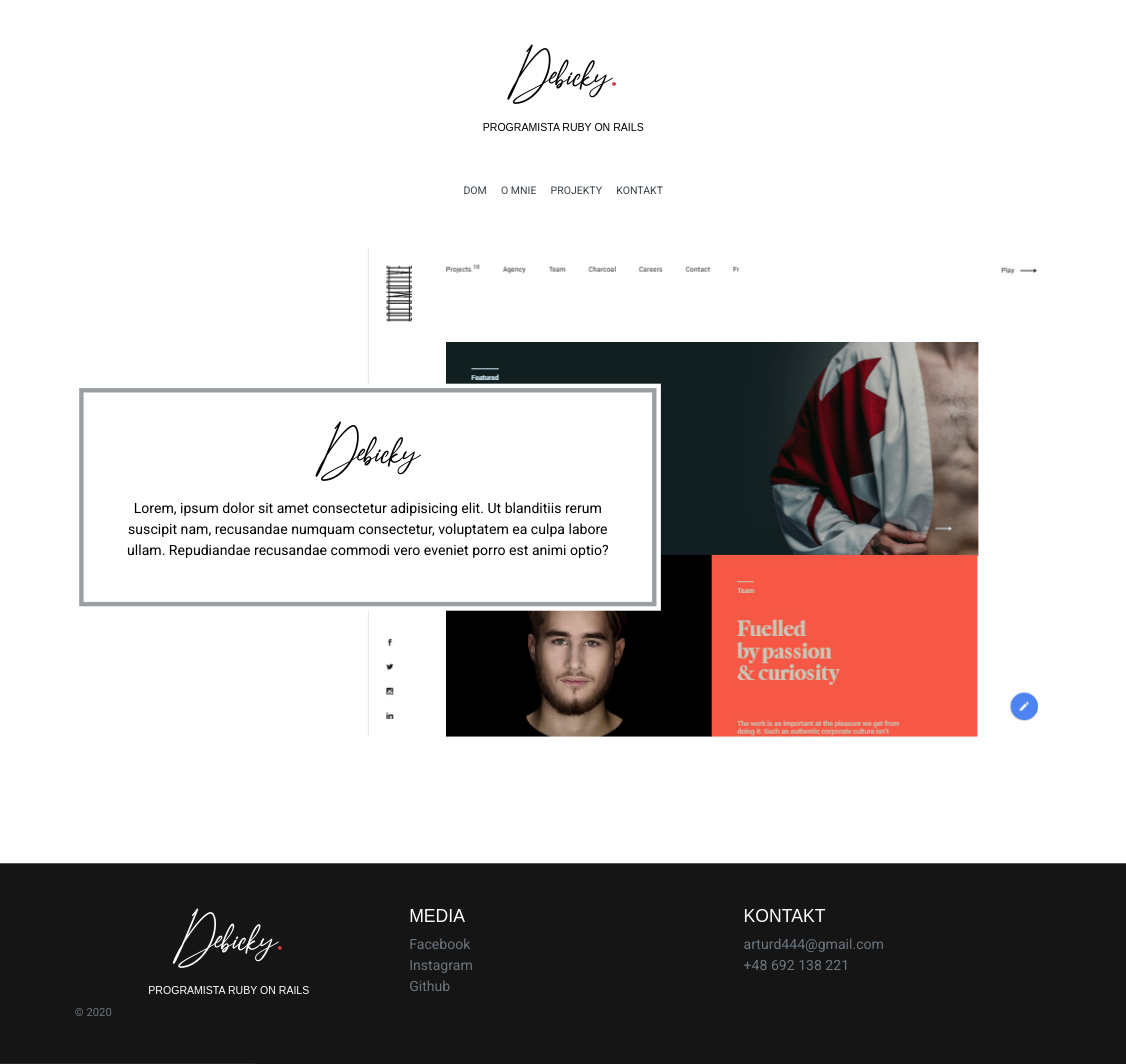
Repository: debicky/debicky.github.io
Page: index.html
An editor plug-in stored every save of this project. The page is shown before and after a run of saves, followed by the edit.
The browser window is 1280 px wide. The pictures show the whole page, at 88% of full size.
Some web fonts or font styles are not loaded; a fallback is used. Some web libraries are served in a nearby version.

Above is the page before, as saved 2020-06-10 11:04:40.

### index.html
<!DOCTYPE html>
<html lang="en">
<head>
  <meta charset="UTF-8">
  <meta name="viewport" content="width=device-width, initial-scale=1.0">
  <title>Debicky</title>
  <link rel="stylesheet" href="https://stackpath.bootstrapcdn.com/bootstrap/4.5.0/css/bootstrap.min.css" integrity="sha384-9aIt2nRpC12Uk9gS9baDl411NQApFmC26EwAOH8WgZl5MYYxFfc+NcPb1dKGj7Sk" crossorigin="anonymous">
  <link rel="stylesheet" href="https://cdnjs.cloudflare.com/ajax/libs/font-awesome/5.11.2/css/all.min.css">
  <link rel="stylesheet" href="styles.css">
</head>
<body>


  <header>
    <a href="index.html">
      <div class="signature">
        <h5 class="signature-heading">Debicky<span class="text-danger font-weight-bolder">.</span></h5>
        <h3 class="signature-subhead">Programista Ruby on Rails</h3>
      </div>
    </a>
  </header>

  <div class="container">
    <nav class="navbar navbar-expand-md p-0">
      <button class="navbar-toggler" type="button" data-toggle="collapse" data-target="#navbarSupportedContent" aria-controls="navbarSupportedContent" aria-expanded="false" aria-label="Toggle navigation">
        <i class="fas fa-bars"></i>
        <i class="fas fa-times"></i>
      </button>

      <div class="collapse navbar-collapse d-md-flex justify-content-center" id="navbarSupportedContent">
        <ul class="navbar-nav">
          <li class="nav-item active">
            <a class="nav-link" href="index.html">Dom</a>
          </li>
          <li class="nav-item">
            <a class="nav-link" href="#">O mnie</a>
          </li>
          <li class="nav-item">
            <a class="nav-link" href="#">Projekty</a>
          </li>
          <li class="nav-item">
            <a class="nav-link" href="#">Kontakt</a>
          </li>
        </ul>
      </div>
    </nav>
  </div>

  <section class="about py-5">
    <div class="container">
      <div class="about-content">
        <div class="about-description">
          <div class="signature">
            <h5 class="signature-heading">Debicky</h5>
            <p>Lorem, ipsum dolor sit amet consectetur adipisicing elit. Ut blanditiis rerum suscipit nam, recusandae numquam consectetur, voluptatem ea culpa labore ullam. Repudiandae recusandae commodi vero eveniet porro est animi optio?</p>
          </div>
        </div>
        <div class="about-image">
          <a href="/images/1.jpeg">
            <img src="/images/2.jpeg" alt="img1">
          </a>
        </div>
      </div>
    </div>
  </section>


  <section class="projects py-5">


  </section>


  <footer class="py-5">
    <div class="container">
      <div class="row">
        <div class="col-12 col-md-5 col-lg-4 mb-5 mb-md-0">
          <a href="index.html">
            <div class="signature">
              <h5 class="signature-heading">Debicky<span class="text-danger font-weight-bolder">.</span></h5>
              <h3 class="signature-subhead">Programista Ruby on Rails</h3>
            </div>
          </a>
          <small class="d-block mt-2 text-muted">&copy; 2020</small>
        </div>
        <div class="col-12 col-md-5 col-lg-4 mb-5 mb-md-0">
          <h5 class="text-uppercase">Media</h5>
          <ul class="list-unstyled mb-0">
            <li>
              <a href="https://www.facebook.com/artur.debicki.5" class="text-muted">Facebook</a>
            </li>
            <li>
              <a href="https://www.instagram.com/debicky" class="text-muted">Instagram</a>
            </li>
            <li>
              <a href="https://github.com/debicky" class="text-muted">Github</a>
            </li>
          </ul>
        </div>
        <div class="col-12 col-md-5 col-lg-4">
          <h5 class="text-uppercase">Kontakt</h5>
              <ul class="list-unstyled text-small mb-0">
                <li>
                  <a href="mailto:arturd444@gmail.com" class="text-muted">arturd444@gmail.com</a>
                </li>
                <li>
                  <p class="text-muted">+48 692 138 221</p>
                </li>
              </ul>
        </div>
      </div>
    </div>
  </footer>



  <script src="https://code.jquery.com/jquery-3.5.1.slim.min.js" integrity="sha384-DfXdz2htPH0lsSSs5nCTpuj/zy4C+OGpamoFVy38MVBnE+IbbVYUew+OrCXaRkfj" crossorigin="anonymous"></script>
  <script src="https://cdn.jsdelivr.net/npm/popper.js@1.16.0/dist/umd/popper.min.js" integrity="sha384-Q6E9RHvbIyZFJoft+2mJbHaEWldlvI9IOYy5n3zV9zzTtmI3UksdQRVvoxMfooAo" crossorigin="anonymous"></script>
  <script src="https://stackpath.bootstrapcdn.com/bootstrap/4.5.0/js/bootstrap.min.js" integrity="sha384-OgVRvuATP1z7JjHLkuOU7Xw704+h835Lr+6QL9UvYjZE3Ipu6Tp75j7Bh/kR0JKI" crossorigin="anonymous"></script>
  <script src="script.js"></script>

</body>
</html>

### styles.css
@import url('https://fonts.googleapis.com/css?family=Playfair+Display+SC|Roboto:300,400&display=swap');

@font-face {
  font-family: "AmostelySignature";
  src: url("/fonts/AmostelySignature.ttf");
  }

body, html {
  font-family: "Roboto", sans-serif;
}

a:hover {
  text-decoration: none;;
}

/* Heading & nav  */

header{
  height: 200px;
  width: 100%;
  display: flex;
  align-items: center;
  justify-content: center;
}

.signature{
  color: black;
  text-align: center;
  user-select: none;
}

.signature-heading{
  font-family: 'AmostelySignature', cursive;
  font-size: 50px;
  margin-bottom: 30px;
}

.signature-subhead{
  font-family: 'Playfair Display SC', sans-serif;
  font-size: 12px;
  text-transform: uppercase;
  margin-bottom: 0;
}

.navbar{
  background-color: #384147;
}

.navbar-toggler i{
  color: #fff;
  font-size: 25px;
}

.navbar-toggler .fa-times{
  display: none;
}

.navbar-toggler.menu-open  .fa-bars{
  display: none;
}

.navbar-toggler.menu-open  .fa-times{
  display: block;
}

.navbar-nav{
  padding: 20px;
}

.nav-link{
  color: #fff;
  text-transform: uppercase;
  transition: opacity .5s;
  font-size: 12px;
}

.nav-link:hover{
  color: maroon;
}

/* About */

.about-content{
  display: flex;
  flex-direction: column;
}

.about-description{
  width: 100%;
  background-color: #fff;
  padding: 40px;
  outline: 5px solid rgba(56, 65, 71, 0.5);
  outline-offset: -5px;
  order: 2;
  margin-top: 5px;
}

.about-image{
  order: 1;
}

.about-image img{
  width: 100%;
  height: auto;
  display: block;
}

.about-image a::after{
  font-family: 'Font Awesome 5 Free';
  content: "\f35d";
  font-weight: 600;
  position: absolute;
  top: 50%;
  left: 50%;
  transform: translate(-50%, -50%);
  color: maroon;
  font-size: 25px;
  z-index: 101;
  width: 70px;
  height: 70px;
  border: 3px solid #fff;
  border-radius: 100%;
  display: flex;
  align-items: center;
  justify-content: center;
  opacity: 0;
  transition: opacity .5s;
}

.about-image a:hover::after{
  opacity: .7;
}

/* Footer */

footer {
  background-color: #151515;
}

footer h5, footer h3{
  color: #fff;
  font-family: 'Playfair Display SC', sans-serif;
}

a.text-muted:hover{
  color: maroon !important;
}

@media screen and (min-width: 768px) {
  .navbar{
    background-color: transparent;
  }
  .navbar-nav{
    padding: 0;
  }
  .nav-link{
    color: #384147;
  }

  nav:hover .nav-link:not(:hover){
    opacity: .5;
  }

  .about-content{
    position: relative;
    display: block;
  }

  .about-description{
    position: absolute;
    top: 80%;
    transform: translateY(-50%);
    width: 60%;
    outline-offset: -10px;
  }

  .about-image img{
    width: 70%;
    margin-left: auto;
  }
}

@media screen and (min-width: 1200px) {
  .about-description{
    top: 50%;
    width: ;
  }

}

### script.js
$('.navbar-toggler').on('click', function () {
  $(this).toggleClass('menu-open')
})

After the next 3 saves:
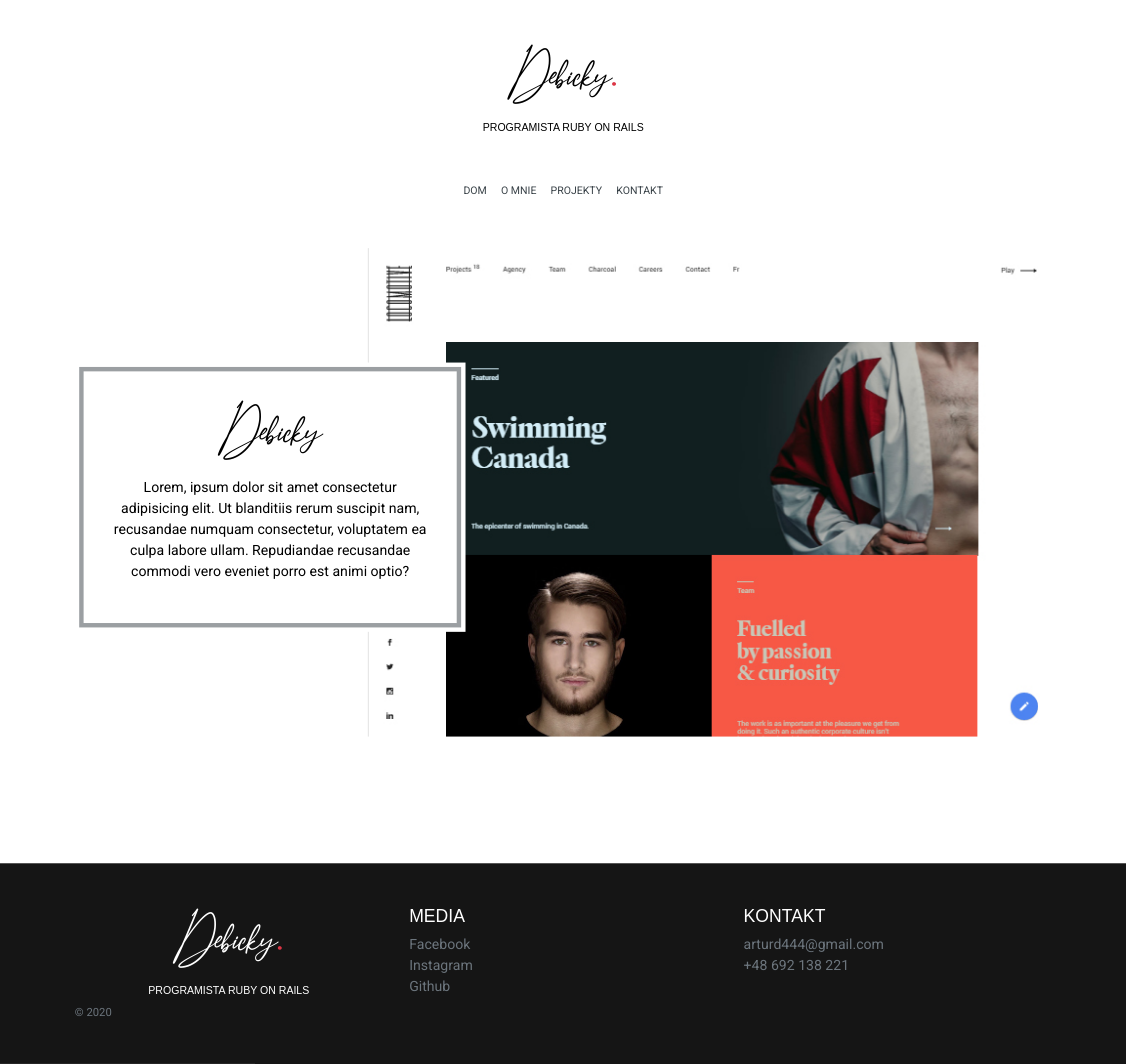
The 3 saves are shown as one change because they came seconds apart.
The last was saved 9 s later.
--- a/styles.css
+++ b/styles.css
@@ -183,7 +183,6 @@ a.text-muted:hover{
 @media screen and (min-width: 1200px) {
   .about-description{
     top: 50%;
-    width: ;
+    width: 40%;
   }
-
 }
